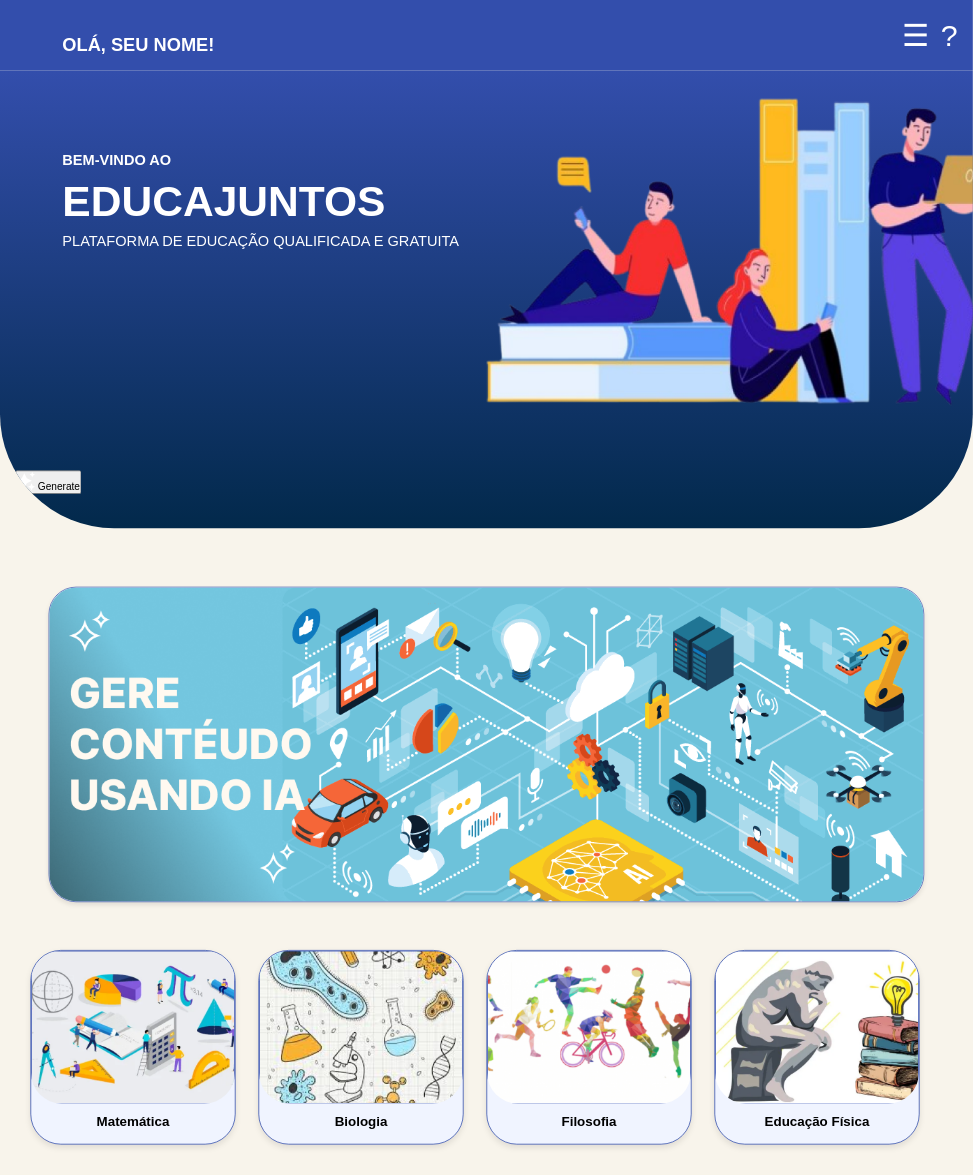
Repository: Matheus904-12/EDUCAJUNTOS
Page: inicio/index.html
The author's editor kept a copy of each file at every save. The page is drawn from the files as they stood at one save, then again after a run of saves.
The browser window is 1280 px wide. The pictures show the whole page, at 76% of full size.

Above is the page before, as saved 2024-10-28 20:04:34.

### inicio/index.html
<!DOCTYPE html>
<html lang="pt-BR">

<head>
    <meta charset="UTF-8">
    <meta name="viewport" content="width=device-width, initial-scale=1.0">
    <title>Educajuntos</title>
    <link rel="stylesheet" href="style.css">
</head>

<body>
    <header>
        <h1>OLÁ, SEU NOME!</h1>
        <nav>
            <button class="menu-btn">&#9776;</button>
            <button class="help-btn">?</button>
        </nav>
    </header>

    <section class="hero">
        <h2>BEM-VINDO AO</h2>
        <h3>EDUCAJUNTOS</h3>
        <p>PLATAFORMA DE EDUCAÇÃO QUALIFICADA E GRATUITA</p>
        <div class="hero-image">
            <img src="../image/1.png" alt="Imagem ilustrativa de pessoas estudando">
        </div>
        <button class="btn">
            <svg height="24" width="24" fill="#FFFFFF" viewBox="0 0 24 24" data-name="Layer 1" id="Layer_1" class="sparkle">
                <path d="M10,21.236,6.755,14.745.264,11.5,6.755,8.255,10,1.764l3.245,6.491L19.736,11.5l-6.491,3.245ZM18,21l1.5,3L21,21l3-1.5L21,18l-1.5-3L18,18l-3,1.5ZM19.333,4.667,20.5,7l1.167-2.333L24,3.5,21.667,2.333,20.5,0,19.333,2.333,17,3.5Z"></path>
            </svg>

            <span class="text">Generate</span>
        </button>
    </section>

    <br>
    <br>
    <br>

    <main>

        <div class="category-card large">
            <img src="../image/7.png" alt="IA">
        </div>

        <section class="categories">
            <div class="category-card">
                <img src="../image/2.png" alt="Matemática">
                <p>Matemática</p>
                <br>
            </div>
            <div class="category-card">
                <img src="../image/3.png" alt="Biologia">
                <p>Biologia</p>
                <br>
            </div>
            <div class="category-card">
                <img src="../image/6.png" alt="Filosofia">
                <p>Filosofia</p>
                <br>
            </div>
            <div class="category-card">
                <img src="../image/5.png" alt="Educação Física">
                <p>Educação Física</p>
                <br>
            </div>
        </section>
    </main>

    <script src="script.js"></script>
</body>

</html>

### inicio/style.css
* {
    margin: 0;
    padding: 0;
    box-sizing: border-box;
    font-family: Arial, sans-serif;
}

body {
    background-color: #F8F4EB;
    color: #333;
}

header {
    background-color: #334EAC;
    color: #fff;
    padding: 20px;
    display: flex;
    justify-content: space-between;
    align-items: center;
}

header h1 {
    font-size: 1.5em;
    margin-left: 5%;
    margin-top: 2%;
}

nav {
    display: flex;
    gap: 15px;
}

.menu-btn,
.help-btn {
    background: none;
    border: none;
    color: #fff;
    font-size: 2.5em;
    cursor: pointer;
}

/* Hero Section with Rounded Bottom Borders and Centered Image */
.hero {
    background: linear-gradient( #334EAC, #02294b);
    color: #fff;
    padding: 45px 20px;
    border-bottom-left-radius: 150px;
    border-bottom-right-radius: 150px;
    position: relative;
    display: flex;
    flex-direction: column;
    align-items: flex-start;
    overflow: hidden;

}

.hero h2 {
    font-size: 1.2em;
    margin-bottom: 10px;
    font-weight: bold;
    margin-left: 5%;
    margin-top: 5%;
}

.hero h3 {
    font-size: 3.5em;
    margin-bottom: 10px;
    font-weight: bold;
    margin-left: 5%;
}

.hero p {
    font-size: 1.2em;
    margin-bottom: 20px;
    margin-left: 5%;
}

.hero-image {
    display: flex;
    margin-left: 45%;
    width: 782px;
    height: 580px;
    margin-top: -25%;
}

.hero-image img {
    width: 100%;
    height: auto;
    border-radius: 0 0 150px 150px;
}

/* Categories Section */
.categories {
    display: grid;
    grid-template-columns: repeat(4, 1fr);
    gap: 0px;
    padding: 40px;
}

.category-card {
    background-color: #F0F4FF; /* Cor de fundo suave */
    border: 1px solid #334EAC; /* Contorno azul */
    border-radius: 40px;
    text-align: center;
    box-shadow: 0px 4px 8px rgba(0, 0, 0, 0.1);
    width: 90%;
    height: 100%;

}

.category-card img {
    width: 100%;
    border-radius: 40px;
    margin-top: 0px;
}

.category-card p {
    margin-top: 10px;
    font-size: 1.1em;
    font-weight: bold;
    color: #000000;
}

/* Ajuste do card para o modo grande */
.category-card.large {
    grid-column: span 2;
    display: flex;
    justify-content: center;
    align-items: center;
    font-size: 1.5em;
    font-weight: bold;
    width: 100%;
    transform: scale(90%);
    border-radius: 40px;
}

### inicio/script.js
document.addEventListener('DOMContentLoaded', () => {
    const menuButton = document.querySelector('.menu-btn');
    const dropdownMenu = document.querySelector('.dropdown-menu');

    menuButton.addEventListener('click', () => {
        dropdownMenu.style.display = dropdownMenu.style.display === 'block' ? 'none' : 'block';
    });

    // Fecha o menu dropdown ao clicar fora dele
    document.addEventListener('click', (event) => {
        if (!menuButton.contains(event.target) && !dropdownMenu.contains(event.target)) {
            dropdownMenu.style.display = 'none';
        }
    });
});

After the next 2 saves:
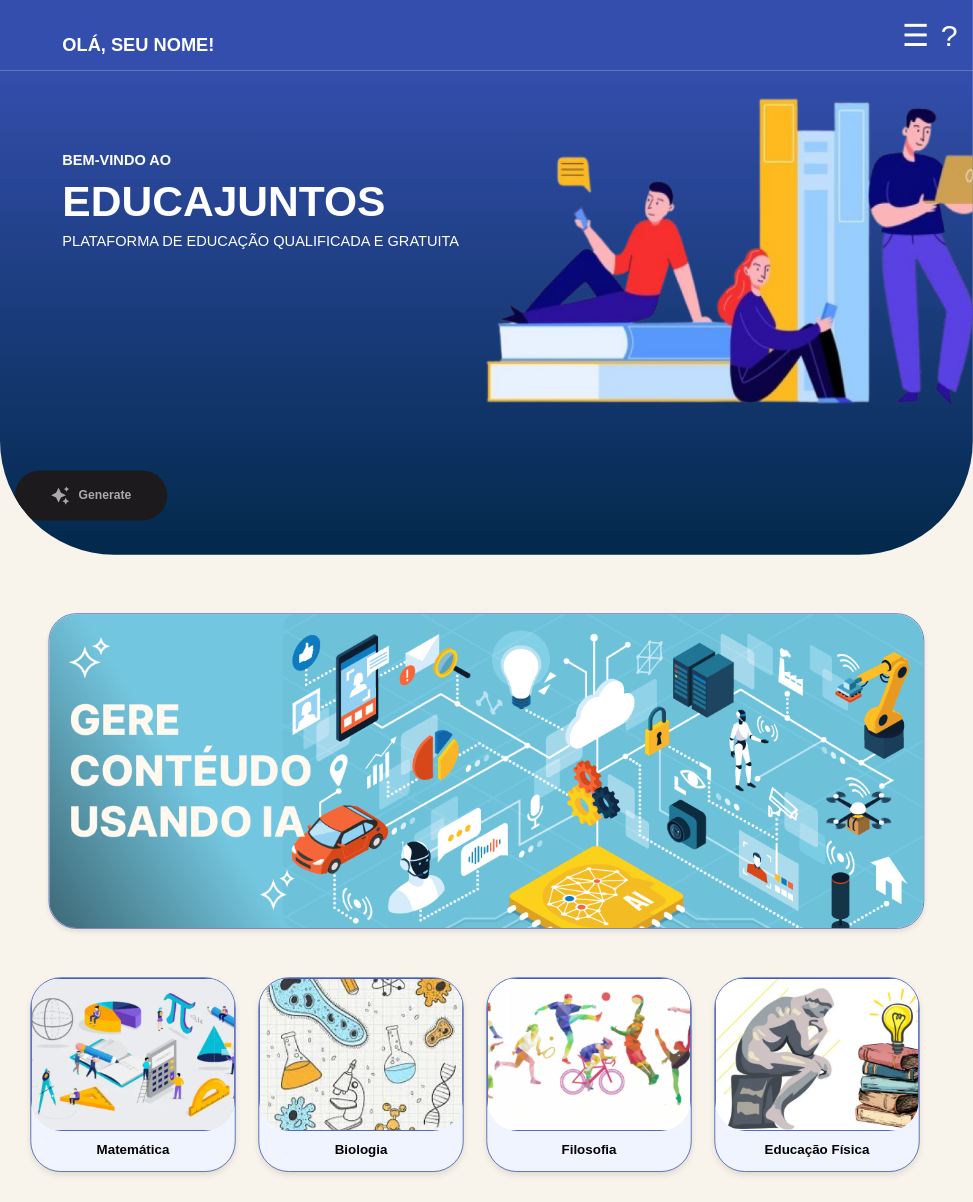
The 2 saves are shown as one change because they came seconds apart.
The last was saved 19 s later.
--- a/inicio/style.css
+++ b/inicio/style.css
@@ -133,3 +133,47 @@ nav {
     transform: scale(90%);
     border-radius: 40px;
 }
+
+/* From Uiverse.io by AlimurtuzaCodes */
+.btn {
+    border: none;
+    width: 15em;
+    height: 5em;
+    border-radius: 3em;
+    display: flex;
+    justify-content: center;
+    align-items: center;
+    gap: 12px;
+    background: #1C1A1C;
+    cursor: pointer;
+    transition: all 450ms ease-in-out;
+  }
+
+  .sparkle {
+    fill: #AAAAAA;
+    transition: all 800ms ease;
+  }
+
+  .text {
+    font-weight: 600;
+    color: #AAAAAA;
+    font-size: medium;
+  }
+
+  .btn:hover {
+    background: linear-gradient(0deg,#A47CF3,#683FEA);
+    box-shadow: inset 0px 1px 0px 0px rgba(255, 255, 255, 0.4),
+    inset 0px -4px 0px 0px rgba(0, 0, 0, 0.2),
+    0px 0px 0px 4px rgba(255, 255, 255, 0.2),
+    0px 0px 180px 0px #9917FF;
+    transform: translateY(-2px);
+  }
+
+  .btn:hover .text {
+    color: white;
+  }
+
+  .btn:hover .sparkle {
+    fill: white;
+    transform: scale(1.2);
+  }
